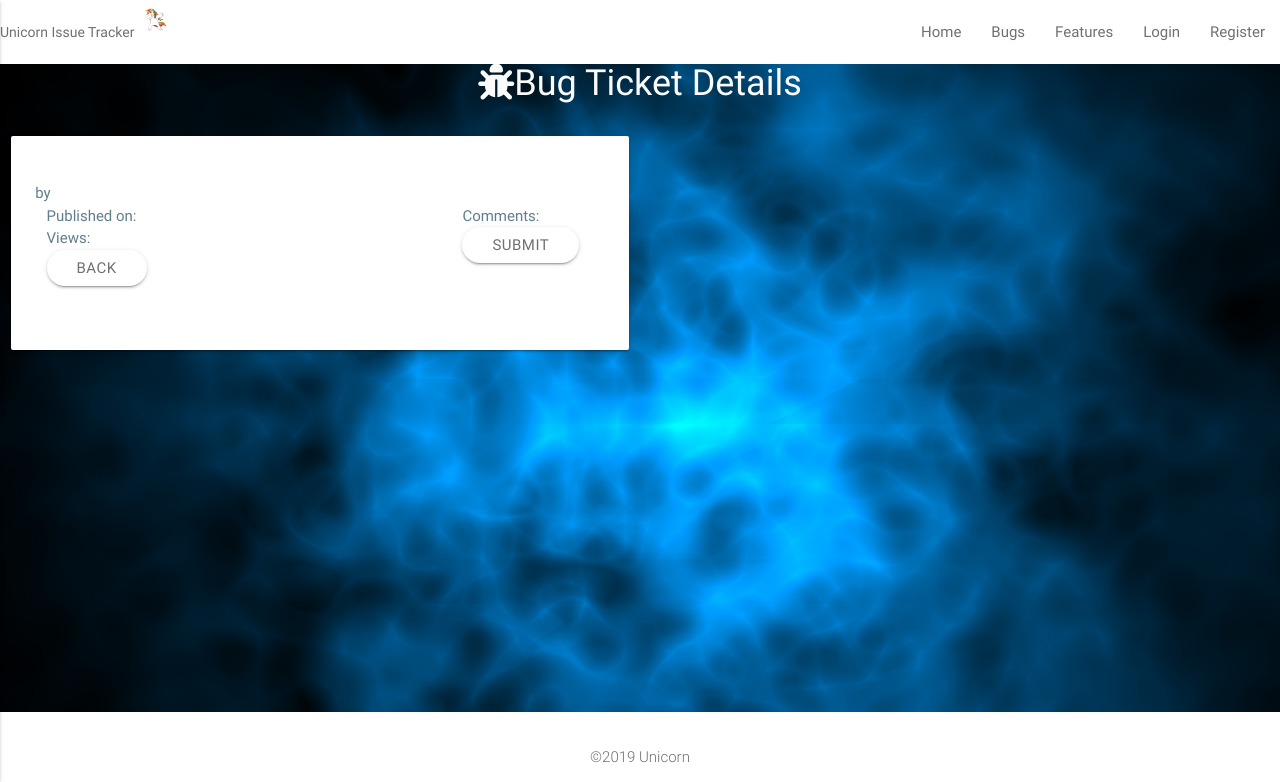
Repository: sarahg177/unicorn_attractor_not_used
Page: bugs/templates/view_bug_detail.html
The author's editor kept a record of every edit. The page is drawn from the files as they stood at one moment, then again after the next edit.
The browser window is 1280 px wide. The pictures show the whole page.
Some web libraries are served in a nearby version. The page is served by the project's application, run on Django 2.2 (manage.py). The template is opened directly, without the code that normally fills it, so the values that code supplies are empty.

Above is the page before.

After the next edit:
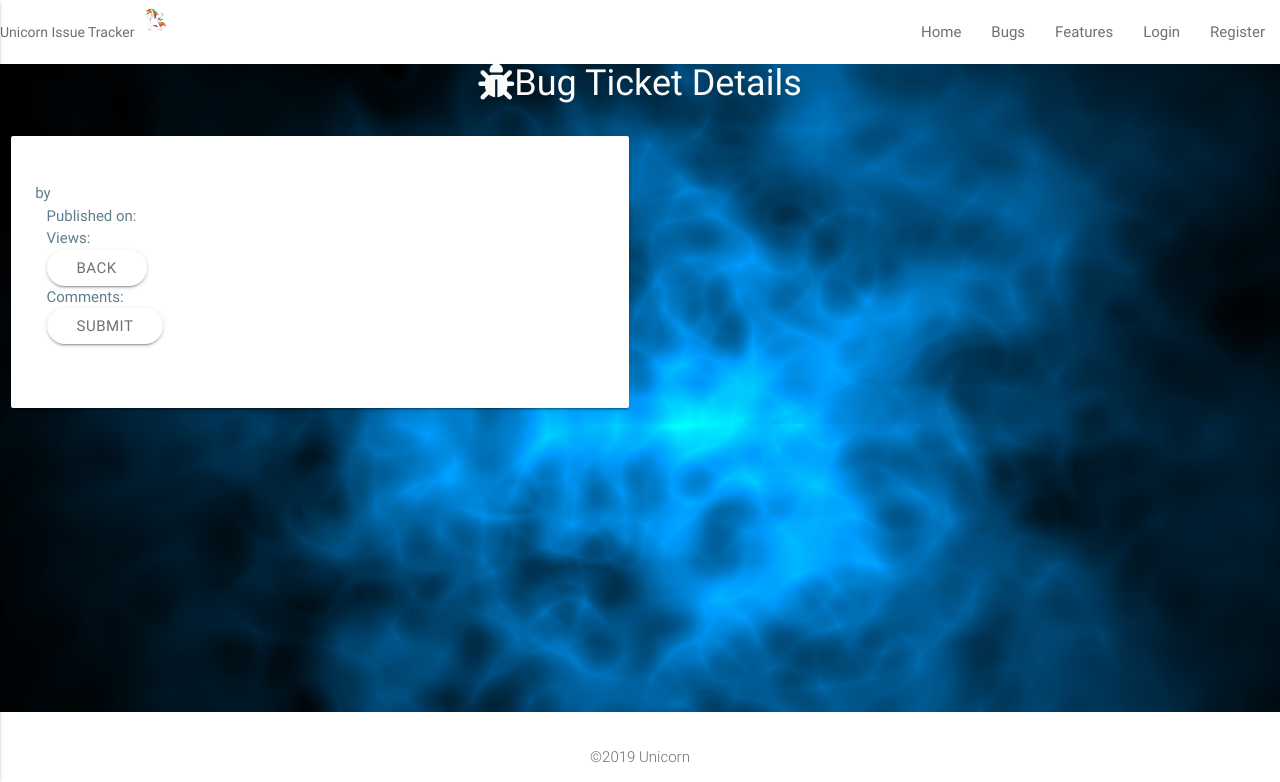
The edit:
--- a/bugs/templates/view_bug_detail.html
+++ b/bugs/templates/view_bug_detail.html
@@ -22,6 +22,7 @@
 
                     </div>
                     <div class="row">
+                        <div class="col s12 m6">
                     <div=class="comments">
                         <p>Comments:</p>
                         {% for comment in comments %}
